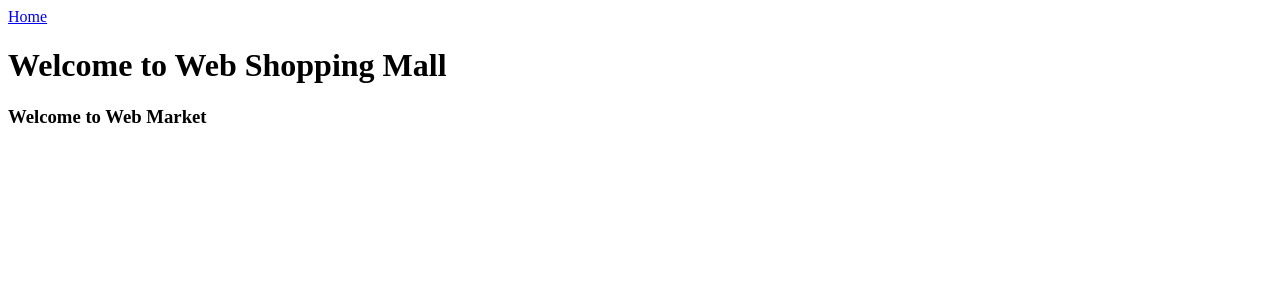
Repository: Jin0207/jsp
Page: http://localhost/day1210/welcome.jsp
These files come from the project's save history. The page is drawn as it stood at one moment and after the next save; the edit follows.
The browser window is 1280 px wide. The pictures show the whole page.
The page is served by Tomcat 9.

Above is the page before, as saved 2021-12-10 07:30:54.

After the next save:
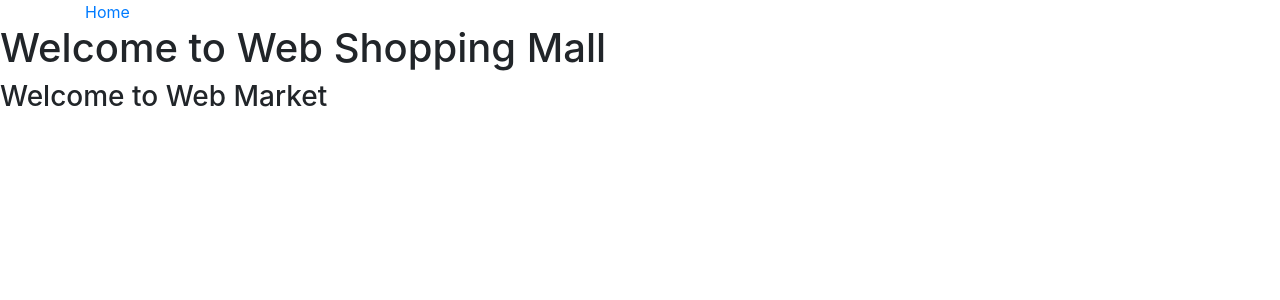
Saved 110 s later.
--- a/day1210/src/main/webapp/welcome.jsp
+++ b/day1210/src/main/webapp/welcome.jsp
@@ -3,8 +3,13 @@
 <!DOCTYPE html>
 <html>
 <head>
+<title>Insert title here</title>
 <meta charset="EUC-KR">
-<title>Insert title here</title>
+<meta name="viewport" content="width=device-width, initial-scale=1">
+  <link rel="stylesheet" href="https://maxcdn.bootstrapcdn.com/bootstrap/4.5.2/css/bootstrap.min.css">
+  <script src="https://ajax.googleapis.com/ajax/libs/jquery/3.5.1/jquery.min.js"></script>
+  <script src="https://cdnjs.cloudflare.com/ajax/libs/popper.js/1.16.0/umd/popper.min.js"></script>
+  <script src="https://maxcdn.bootstrapcdn.com/bootstrap/4.5.2/js/bootstrap.min.js"></script>
 </head>
 <body>
 	<nav class="">
